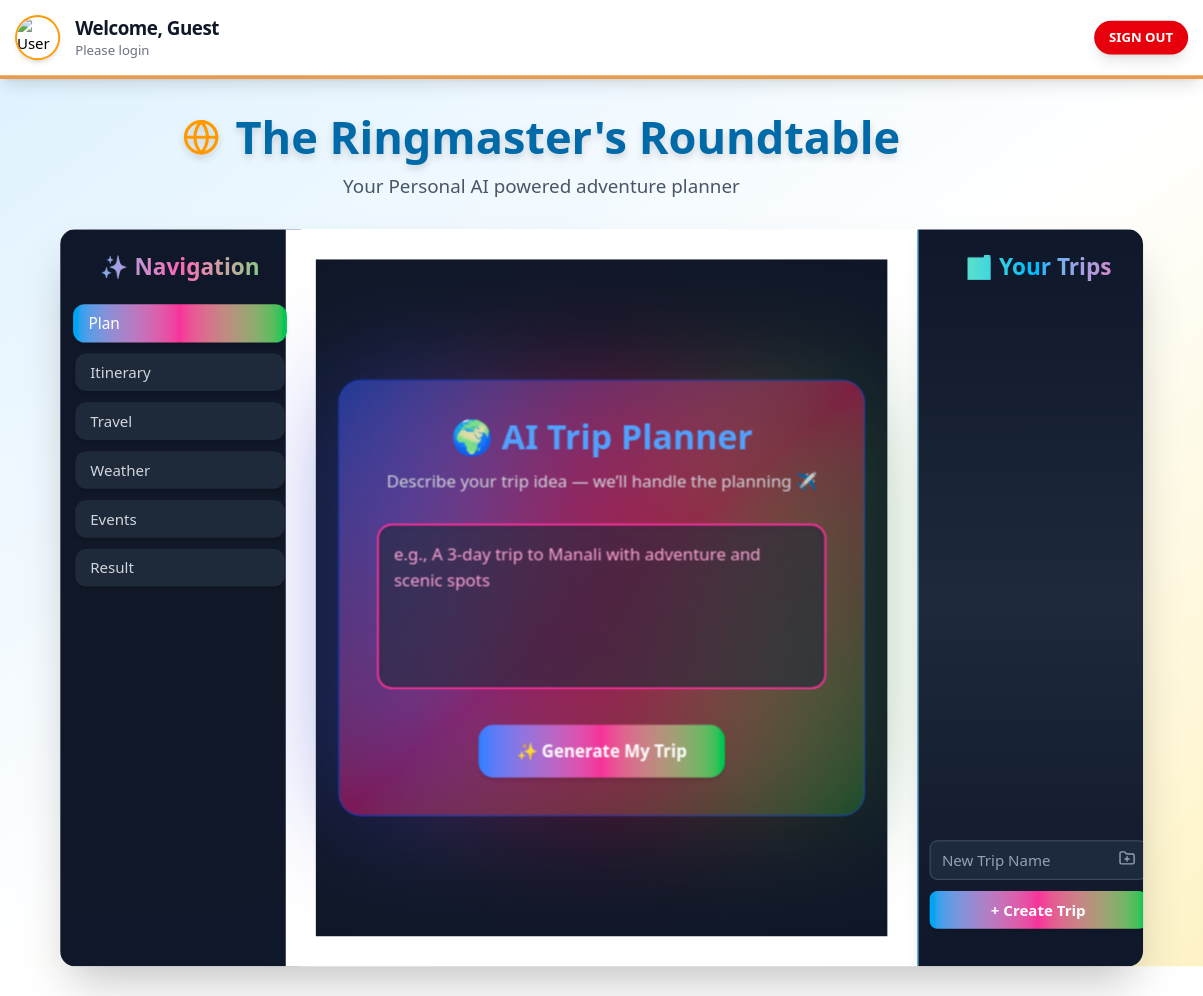
Repository: vega2006/The-Ringmaster-s-Roundtable
Page: /prompt (app in client/)
An editor plug-in stored every save of this project. The page is shown before and after a run of saves, followed by the edit.
The browser window is 1280 px wide. The pictures show the whole page, at 94% of full size.
The page's requests for data from a server got no answer. The project was rebuilt for these pictures with package versions that can differ from the ones it lists, and the page was loaded fresh each time. No one was signed in, and anything a server would have sent is missing. Also part of the build but not shown: client/vite.config.js, client/src/components/GoogleLogin.jsx, client/src/components/NotFound.jsx, client/src/components/Sidebar.jsx, client/src/components/PlanInput.jsx, client/src/components/WeatherContent.jsx, client/src/components/TravelContent.jsx, client/src/components/ItineraryContent.jsx and 9 more.

Above is the page before, as saved 2025-10-10 20:27:56.

### client/src/App.jsx


import { GoogleOAuthProvider } from "@react-oauth/google";
import GoogleLogin from "./components/GoogleLogin";
import { BrowserRouter, Route, Routes, Navigate } from 'react-router-dom';
import { useState } from 'react';
import RefreshHandler from './components/RefreshHandler';
import NotFound from './components/NotFound';
import Dashboard from "./pages/Dashboard";
import Home from "./pages/Home";
import AIDashboard from "./pages/AIDashboard";
export default function App() {
  const [isAuthenticated, setIsAuthenticated] = useState(false);

  const GoogleWrapper = () => (
    <GoogleOAuthProvider clientId="1054190178825-cc3eg87b9uvh9hfn384ge5sqe5hq9l5v.apps.googleusercontent.com">
      <GoogleLogin />
    </GoogleOAuthProvider>
  );

  const PrivateRoute = ({ element }) => {
    return isAuthenticated ? element : element;
  };

  return (
    <BrowserRouter>
      <RefreshHandler setIsAuthenticated={setIsAuthenticated} />
      <Routes>
        {/* Public route for the Home page, where users can sign in */}
        <Route path="/" element={<Home isAuthenticated={isAuthenticated} />} />

        {/* This is the login page. Redirect to home after login. */}
        <Route path="/login" element={<GoogleWrapper />} />

        {/* This is the protected dashboard route */}
        <Route path='/dashboard' element={<PrivateRoute element={<Dashboard />} />} />
         <Route path='/prompt' element={<PrivateRoute element={<AIDashboard />} />} />

        {/* Catch-all route for invalid URLs */}
        <Route path="*" element={<NotFound />} />
      </Routes>
    </BrowserRouter>
  );
}

### client/src/components/RefreshHandler.jsx
import React, { useEffect } from 'react';
import { useLocation, useNavigate } from 'react-router-dom';

function RefrshHandler({ setIsAuthenticated }) {
    const location = useLocation();
    const navigate = useNavigate();

    useEffect(() => {
        const data = localStorage.getItem('user-info');
        const token = JSON.parse(data)?.token;
        if (token) {
            setIsAuthenticated(true);
            if (location.pathname === '/' ||
                location.pathname === '/login'
            ) {
                navigate('/dashboard', { replace: false });
            }
        }
    }, [location, navigate, setIsAuthenticated])

    return (
        null
    )
}

export default RefrshHandler

### client/src/pages/AIDashboard.jsx
import { TripProvider } from "../contexts/TripContext";
import AppHeader from "../components/AppHeader";
import PromptBasedSidebar from "../components/PromptBasedSideBar";
import MainContent from "../components/MainContent";
import AIContentRouter from "../components/AIContentRouter";
import React, { useEffect, useState } from 'react'
import { useNavigate } from 'react-router-dom';
import RightSidebar from "../components/TabBar";
const AIDashboard = () => {

  const [userInfo, setUserInfo] = useState(null);
  const navigate = useNavigate();

  useEffect(() => {
    const data = localStorage.getItem('user-info');
    const userData = JSON.parse(data);
    setUserInfo(userData);
  }, [])

  const handleLogout = () => {
    localStorage.removeItem('user-info');
    navigate('/login');
  }


  return (
    <div>
      <div className="sticky top-0 z-10 bg-white shadow-lg p-3 sm:p-4 border-b-4 border-amber-600/70">
        <div className="max-w-7xl mx-auto flex justify-between items-center">

          {/* User Info Display */}
          <div className="flex items-center space-x-4">
            <img
              className="w-12 h-12 rounded-full object-cover shadow-md border-2 border-amber-500"
              src={userInfo?.image}
              alt={userInfo?.name || 'User'}
              onError={(e) => { e.target.onerror = null; e.target.src = "https://placehold.co/40x40/FFC107/333?text=?" }}
            />
            <div className="hidden sm:block">
              <h1 className="text-xl font-bold text-gray-900 tracking-tight">Welcome, {userInfo?.name || 'Guest'}</h1>
              <h3 className="text-sm text-gray-500">{userInfo?.email || 'Please login'}</h3>
            </div>
            <div className="sm:hidden text-lg font-bold text-gray-900">
              {userInfo?.name ? `Hello, ${userInfo.name.split(' ')[0]}!` : 'Hello!'}
            </div>
          </div>

          {/* Logout Button (Stylized and positioned on the right) */}
          <button
            onClick={handleLogout}
            className="px-4 py-2 bg-red-600 text-white font-semibold rounded-full shadow-lg hover:bg-red-700
                                   transition duration-150 transform hover:scale-[1.02] active:scale-95
                                   focus:outline-none focus:ring-4 focus:ring-red-300 uppercase text-sm"
          >
            Sign Out
          </button>
        </div>
      </div>

      <TripProvider>

        <div className="min-h-screen bg-gradient-to-br from-sky-100 via-white to-amber-100 font-inter">
          <AppHeader />
          <div className="max-w-6xl mx-auto grid grid-cols-1 md:grid-cols-[240px_1fr_240px] bg-white shadow-2xl rounded-2xl overflow-hidden mt-4 mb-8">
            <PromptBasedSidebar />  {/* Left Sidebar */}

            <MainContent>
              <AIContentRouter />
            </MainContent>        {/* Main content */}

            <RightSidebar userId={userInfo?.id} /> {/* Right Sidebar */}
          </div>

        </div>
      </TripProvider>

    </div>
  )
}
export default AIDashboard

### client/src/api/api.jsx
import axios from "axios";

const API_BASE = `${import.meta.env.VITE_BACKEND_URL}/api`;


const api = axios.create({
    baseURL: "http://localhost:4000/auth/",
    // withCredentials: true,
});

export const googleAuth = (code) => api.get(`/google?code=${code}`);


export const getWeather = (city, travelDate) =>
  axios.get(`${API_BASE}/weather?city=${encodeURIComponent(city)}&travelDate=${encodeURIComponent(travelDate)}`);
;

export const getRoute = (origin, destination, travelDate) =>
  axios.get(`${API_BASE}/maps?origin=${encodeURIComponent(origin)}&destination=${encodeURIComponent(destination)}&travelDate=${encodeURIComponent(travelDate)}`);


export const getEvents = (destination, startTravelDate, endTravelDate) =>
  axios.get(`${API_BASE}/events`, {
    params: {
      city: destination,
      startDate: startTravelDate,
      endDate: endTravelDate,
    },
  });

export const getTripBudget = async (payload) => {
  // console.log(payload);
  return axios.post(`${API_BASE}/budget`, payload);
};


export const getItinerary = async (destination,startDate, endDate) => {
  return axios.post(`${API_BASE}/itinerary/generate`, {
      destination,
      startDate,
      endDate,
    });
};

### client/src/contexts/TripContext.jsx
import { createContext, useContext, useState, useMemo } from "react";
import { getWeather, getRoute, getTripBudget } from "../api/api";
import { API_URL, RESPONSE_SCHEMA } from "../utils/constants";

const TripContext = createContext(null);

export const useTrip = () => {
  const context = useContext(TripContext);
  if (!context) throw new Error("useTrip must be used within a TripProvider");
  return context;
};
const calculateDuration = (start, end) => {
  if (!start || !end) return 0;

  const startDate = new Date(start + "T00:00:00Z");
  const endDate = new Date(end + "T00:00:00Z");

  if (isNaN(startDate.getTime()) || isNaN(endDate.getTime())) return 0;

  const timeDifference = endDate.getTime() - startDate.getTime();

  const dayDifference = Math.round(timeDifference / (1000 * 3600 * 24));

  return Math.max(1, dayDifference + 1);
};
export const TripProvider = ({ children }) => {
  const [itinerary,setItinerary]=useState([]);
  const [events,setEvents]=useState([]);
  const [AIResult,setAIResult]=useState("");
  const [prompt, setPrompt] = useState("");
  const [tripPlan, setTripPlan] = useState(null);
  const [isLoading, setIsLoading] = useState(false);
  const [error, setError] = useState(null);
  const [tabId,setTabId]=useState(null);
  const [city, setCity] = useState("");
  const [origin, setOrigin] = useState("");
  const [destination, setDestination] = useState("");
  const [startTravelDate, setStartTravelDate] = useState("");
  const [endTravelDate, setEndTravelDate] = useState("");

  const [activeTab, setActiveTab] = useState("Plan");
  const [manualWeather, setManualWeather] = useState(null);
  const [manualRoute, setManualRoute] = useState([]);

  const [eventsCache, setEventsCache] = useState({});
  const [budgetEstimate, setBudgetEstimate] = useState(null);
  const [numPeople, setNumPeople] = useState(1);

  const isLLMPlanning = useMemo(() => prompt.trim().length > 0, [prompt]);
  const isManualLookup = useMemo(
    () => !isLLMPlanning && (city || (origin && destination)),
    [isLLMPlanning, city, origin, destination]
  );
  const isResultAvailable = tripPlan || manualWeather || manualRoute;

  const generateTripPlan = async () => {
    if (!isLLMPlanning && !isManualLookup) {
      setError(
        "Please enter a detailed prompt OR fill out the City/Route fields."
      );
      return;
    }

    setIsLoading(true);
    setError(null);
    setTripPlan(null);
    setManualWeather(null);
    setManualRoute(null);

    if (isLLMPlanning) {
      // setActiveTab("Itinerary");
      // let fullPrompt = prompt;
      // if (city) fullPrompt += ` (Focus City: ${city})`;
      // if (origin && destination)
      //   fullPrompt += ` (Route: ${origin} to ${destination})`;
      // if (startTravelDate) fullPrompt += ` (Starting Date: ${startTravelDate})`;

      // const payload = {
      //   contents: [{ parts: [{ text: fullPrompt }] }],
      //   systemInstruction: {
      //     parts: [{ text: "Generate a structured trip plan." }],
      //   },
      //   generationConfig: {
      //     responseMimeType: "application/json",
      //     responseSchema: RESPONSE_SCHEMA,
      //   },
      //   tools: [{ google_search: {} }],
      // };

      // try {
      //   const res = await fetch(API_URL, {
      //     method: "POST",
      //     headers: { "Content-Type": "application/json" },
      //     body: JSON.stringify(payload),
      //   });

      //   const result = await res.json();
      //   const jsonText = result.candidates?.[0]?.content?.parts?.[0]?.text;
      //   setTripPlan(jsonText ? JSON.parse(jsonText) : null);
      // } catch (err) {
      //   setError(`Failed to process the plan: ${err.message}`);
      // }
    } else {
      setActiveTab("Weather");
      const tripDuration = calculateDuration(startTravelDate, endTravelDate);
      setTripPlan({ ...tripPlan, duration_days: tripDuration });
      if (city && startTravelDate) {
        const weatherRes = await getWeather(city, startTravelDate);
        setManualWeather(weatherRes.data);
        // console.log(weatherRes.data);
      }
      if (origin && destination && startTravelDate) {
        const routeRes = await getRoute(origin, destination, startTravelDate);
        setManualRoute({
          origin,
          destination,
          routes:routeRes.data,
        });
      }
      if (origin && destination && startTravelDate && endTravelDate) {
            try {
                const tripData = {
                    origin,
                    destination,
                    startTravelDate,
                    endTravelDate,

                    numPeople: numPeople,
                };


                const budgetRes = await getTripBudget(tripData);
                // console.log(budgetRes.data);


                setBudgetEstimate(budgetRes.data);
                // console.log(budgetEstimate);

                setActiveTab("Budget");

            } catch (err) {
                console.error("Budget estimation failed:", err);
                setError("Failed to calculate budget. Please check server connection.");
            }
        }
    }
    setIsLoading(false);
  };

  return (
    <TripContext.Provider
      value={{
        activeTab,
        setActiveTab,
        isLoading,
        error,
        isResultAvailable,
        prompt,
        setPrompt,
        city,
        setCity,
        origin,
        setOrigin,
        destination,
        setDestination,
        startTravelDate,
        setStartTravelDate,
        endTravelDate,
        setEndTravelDate,
        tripPlan,
        manualWeather,
        setManualWeather,
        manualRoute,
        setManualRoute,
        generateTripPlan,
        isLLMPlanning,
        isManualLookup,
        eventsCache,
        setEventsCache,
        numPeople,
        setNumPeople,
        budgetEstimate,
        setBudgetEstimate,
        events,
        setEvents,
        itinerary,
        setItinerary,
        AIResult,
        setAIResult,
        tabId,
        setTabId
      }}
    >
      {children}
    </TripContext.Provider>
  );
};

### client/src/components/AppHeader.jsx
import React from 'react';
import { Globe } from 'lucide-react';

const AppHeader = () => (
    <div className="w-full max-w-6xl text-center pt-8 pb-4">
        <h1 className="text-4xl sm:text-5xl font-extrabold text-sky-700 drop-shadow-lg leading-tight flex items-center justify-center">
            <Globe className="w-8 h-8 sm:w-10 sm:h-10 mr-4 text-amber-500" />
            The Ringmaster's Roundtable
        </h1>
        <p className="text-center text-lg sm:text-xl text-gray-600 mt-2">Your Personal AI powered adventure planner</p>
    </div>
);

export default AppHeader;

### client/src/components/MainContent.jsx
export default function MainContent({ children }) {
  return (
    <main className="p-8 bg-white overflow-y-auto">
      {children}
    </main>
  );
}

### client/src/components/PlanByPrompt.jsx
import { useState } from "react";
import { useTrip } from "../contexts/TripContext";
import { motion } from "framer-motion";

const getTodayDate = () => {
  const today = new Date();
  const year = today.getFullYear();
  const month = String(today.getMonth() + 1).padStart(2, "0");
  const day = String(today.getDate()).padStart(2, "0");
  return `${year}-${month}-${day}`;
};

export default function PlanByPrompt() {
  const [prompt, setPrompt] = useState("");
  const [isLoading, setIsLoading] = useState(false);
  const {
    setActiveTab,
    setOrigin,
    setDestination,
    setManualWeather,
    setItinerary,
    setManualRoute,
    setEvents,
    setAIResult,
    tabId
  } = useTrip();

  const userData = JSON.parse(localStorage.getItem("user-info"));
  const userId = userData?.userId;

  const generate = async () => {
    if (!prompt.trim()) {
      alert("Please describe your trip before generating!");
      return;
    }

    setIsLoading(true);
    try {
      const response = await fetch("http://localhost:4000/api/mcp-server", {
        method: "POST",
        headers: { "Content-Type": "application/json" },
        body: JSON.stringify({ prompt, userId, tripId: tabId }),
      });

      const data = await response.json();
      setOrigin(data.trip.origin);
      setDestination(data.trip.destination);
      setManualWeather(data.trip.weather);
      setItinerary(data.trip.itinerary);
      setManualRoute({
        origin: data.trip.origin,
        destination: data.trip.destination,
        routes: data.trip.route,
      });
      setEvents(data.trip.events);
      setAIResult(data.trip.finalResponse.kwargs.content);
      setActiveTab("Result");
    } catch (err) {
      console.error("Error generating trip plan:", err);
      alert("Failed to generate trip plan. Please try again.");
    } finally {
      setIsLoading(false);
    }
  };

  return (
    <div className="min-h-screen flex items-center justify-center bg-gray-900 p-6">
      <motion.div
        initial={{ opacity: 0, y: 40 }}
        animate={{ opacity: 1, y: 0 }}
        transition={{ duration: 0.6, ease: "easeOut" }}
        className="relative w-full max-w-3xl rounded-3xl shadow-2xl bg-gradient-to-br from-blue-900 via-pink-900 to-green-900/80 border border-blue-700 p-10 backdrop-blur-md"
      >
        {/* Header */}
        <h1 className="text-4xl font-extrabold text-center mb-3 text-blue-400">
          🌍 AI Trip Planner
        </h1>
        <p className="text-gray-300 text-center mb-8 text-lg">
          Describe your trip idea — we’ll handle the planning ✈️
        </p>

        {/* Prompt Box */}
        <motion.textarea
          whileFocus={{ scale: 1.02 }}
          placeholder="e.g., A 3-day trip to Manali with adventure and scenic spots"
          value={prompt}
          onChange={(e) => setPrompt(e.target.value)}
          rows="5"
          className="w-full p-4 rounded-2xl border-2 border-pink-500 shadow-inner focus:ring-2 focus:ring-green-400 outline-none text-lg resize-none bg-gray-800/60 text-white placeholder-pink-300 transition-all duration-200"
        />

        {/* Generate Button */}
        <div className="flex justify-center mt-8">
          <motion.button
            whileHover={{ scale: 1.05 }}
            whileTap={{ scale: 0.97 }}
            onClick={generate}
            disabled={isLoading}
            className={`px-10 py-3.5 text-lg font-semibold rounded-2xl shadow-md transition-all duration-300
              ${
                isLoading
                  ? "bg-green-600 cursor-not-allowed text-gray-200"
                  : "bg-gradient-to-r from-blue-500 via-pink-500 to-green-500 text-white hover:shadow-lg"
              }`}
          >
            {isLoading ? "Planning your adventure..." : "✨ Generate My Trip"}
          </motion.button>
        </div>

        {/* Decorative Glow */}
        <div className="absolute -z-10 inset-0 rounded-3xl blur-3xl opacity-50 bg-gradient-to-r from-blue-700 via-pink-700 to-green-700"></div>
      </motion.div>
    </div>
  );
}

### client/src/components/PromptBasedSideBar.jsx
import { useTrip } from "../contexts/TripContext";
import { TABS } from "../utils/PromptBasedConstants";

export default function PromptBasedSidebar() {
  const { activeTab, setActiveTab, isResultAvailable } = useTrip();

  return (
    <aside className="bg-gradient-to-b from-[#0f172a] via-[#111827] to-[#0f172a] border-r border-gray-800 py-6 px-4 w-64 flex flex-col shadow-xl overflow-y-auto scrollbar-thin scrollbar-thumb-sky-600 scrollbar-track-sky-900">
      <h2 className="text-2xl font-semibold mb-6 text-center text-transparent bg-clip-text bg-gradient-to-r from-sky-400 via-pink-400 to-green-400">
        ✨ Navigation
      </h2>

      <nav className="flex flex-col space-y-3">
        {TABS.map((tab) => {
          const isDisabled = tab !== "Plan" && !isResultAvailable;
          const isActive = activeTab === tab;

          return (
            <button
              key={tab}
              disabled={isDisabled}
              onClick={() => !isDisabled && setActiveTab(tab)}
              className={`px-4 py-2 rounded-xl font-medium text-left transition-all duration-300 shadow-md
                ${
                  isActive
                    ? "bg-gradient-to-r from-sky-500 via-pink-500 to-green-500 text-white shadow-lg scale-[1.02]"
                    : "bg-gray-800 text-gray-300 hover:bg-gradient-to-r hover:from-sky-900 hover:via-pink-900 hover:to-green-900 hover:text-white"
                }
                ${isDisabled ? "opacity-50 cursor-not-allowed" : ""}
              `}
            >
              {tab}
            </button>
          );
        })}
      </nav>
    </aside>
  );
}

### client/src/components/AIContentRouter.jsx
import { useTrip } from "../contexts/TripContext";
import PlanByPrompt from "./PlanByPrompt";
import WeatherContent from "./WeatherContent";
import TravelContent from "./TravelContent";
import PromptBasedItinerary from "./PromptBasedItinerary";
import BudgetContent from "./BudgetContent";
import PromptBasedEvents from "./PromptBasedEvents";
import AIresult from "./AIresult";
import GoogleMapView from "./GoogleMapView";
export default function AIContentRouter() {
  const { activeTab } = useTrip();

  switch (activeTab) {
    case "Plan": return <PlanByPrompt/>;
    case "Result": return <AIresult/>;
    case "Weather": return <WeatherContent />;
    case "Travel": return <TravelContent />;
    case "Itinerary": return <PromptBasedItinerary/>;
    case "Budget": return <BudgetContent />;
    case "Events": return < PromptBasedEvents/>;
    case "Map View": return < GoogleMapView/>;
    default: return <PlanInput />;
  }
}

### client/src/utils/constants.jsx
export const API_KEY = "";
export const API_URL = `https://generativelanguage.googleapis.com/v1beta/models/gemini-2.5-flash-preview-05-20:generateContent?key=${API_KEY}`;

export const TABS = ["Plan", "Itinerary", "Budget", "Travel", "Weather", "Events","Result","Map View"];

export const RESPONSE_SCHEMA = {
  type: "OBJECT",
  properties: {
    destination: { type: "STRING" },
    duration_days: { type: "NUMBER" },
    summary: { type: "STRING" },
    itinerary: {
      type: "ARRAY",
      items: {
        type: "OBJECT",
        properties: {
          day: { type: "NUMBER" },
          date: { type: "STRING" },
          activities: { type: "ARRAY", items: { type: "STRING" } },
        },
      },
    },
  },
};

### client/src/utils/PromptBasedConstants.jsx
export const API_KEY = "";
export const API_URL = `https://generativelanguage.googleapis.com/v1beta/models/gemini-2.5-flash-preview-05-20:generateContent?key=${API_KEY}`;

export const TABS = ["Plan", "Itinerary","Travel", "Weather", "Events","Result"];

export const RESPONSE_SCHEMA = {
  type: "OBJECT",
  properties: {
    destination: { type: "STRING" },
    duration_days: { type: "NUMBER" },
    summary: { type: "STRING" },
    itinerary: {
      type: "ARRAY",
      items: {
        type: "OBJECT",
        properties: {
          day: { type: "NUMBER" },
          date: { type: "STRING" },
          activities: { type: "ARRAY", items: { type: "STRING" } },
        },
      },
    },
  },
};

Loaded but not shown: client/index.html (common file); client/src/main.jsx (common file); client/src/index.css (common file); client/src/components/TabBar.jsx (186 lines, source omitted)

After the next 2 saves:
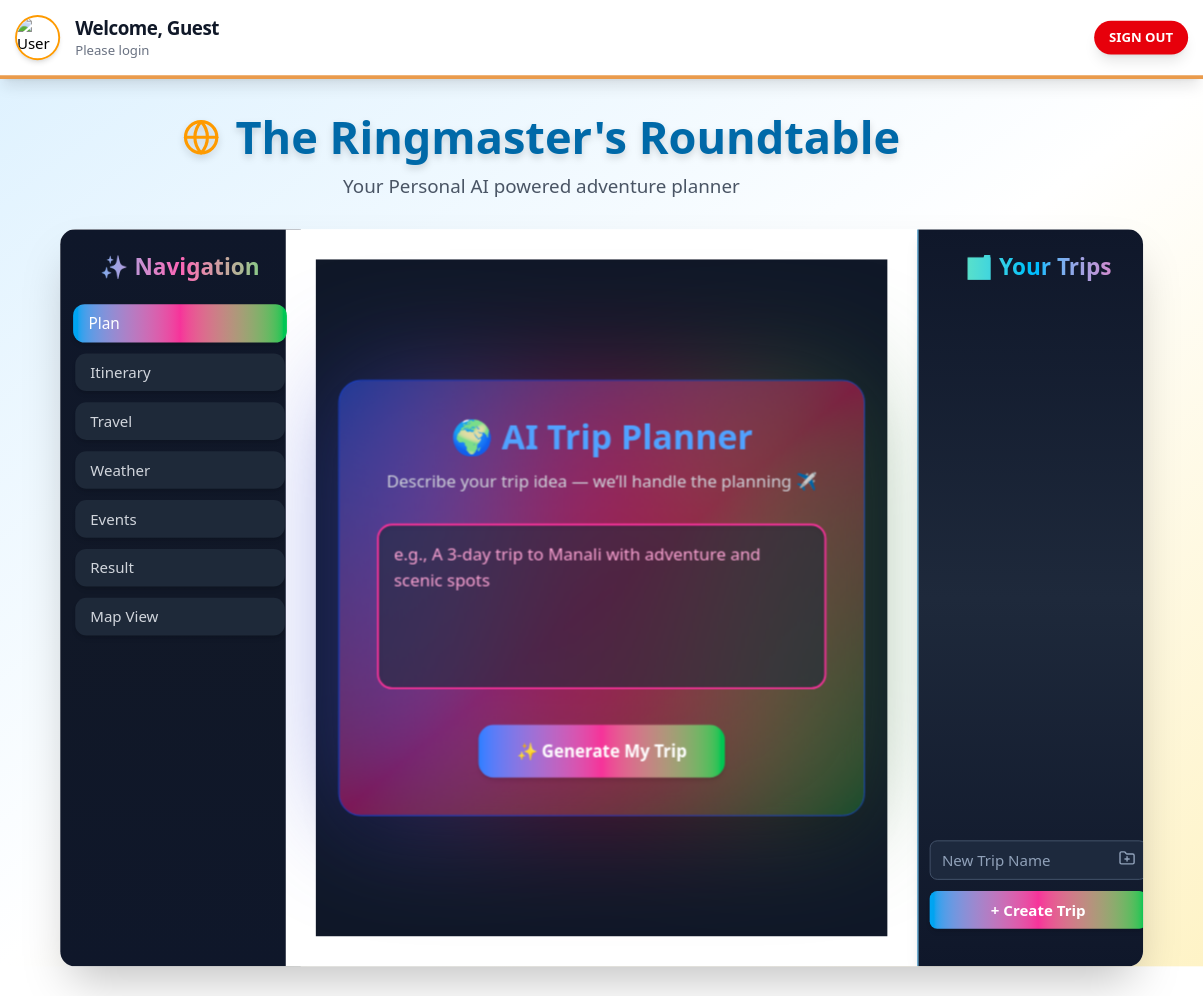
The 2 saves are shown as one change because they came seconds apart.
The last was saved 2 min 3 s later.
--- a/client/src/utils/PromptBasedConstants.jsx
+++ b/client/src/utils/PromptBasedConstants.jsx
@@ -1,7 +1,7 @@
 export const API_KEY = "";
 export const API_URL = `https://generativelanguage.googleapis.com/v1beta/models/gemini-2.5-flash-preview-05-20:generateContent?key=${API_KEY}`;
 
-export const TABS = ["Plan", "Itinerary","Travel", "Weather", "Events","Result"];
+export const TABS = ["Plan", "Itinerary","Travel", "Weather", "Events","Result","Map View"];
 
 export const RESPONSE_SCHEMA = {
   type: "OBJECT",
